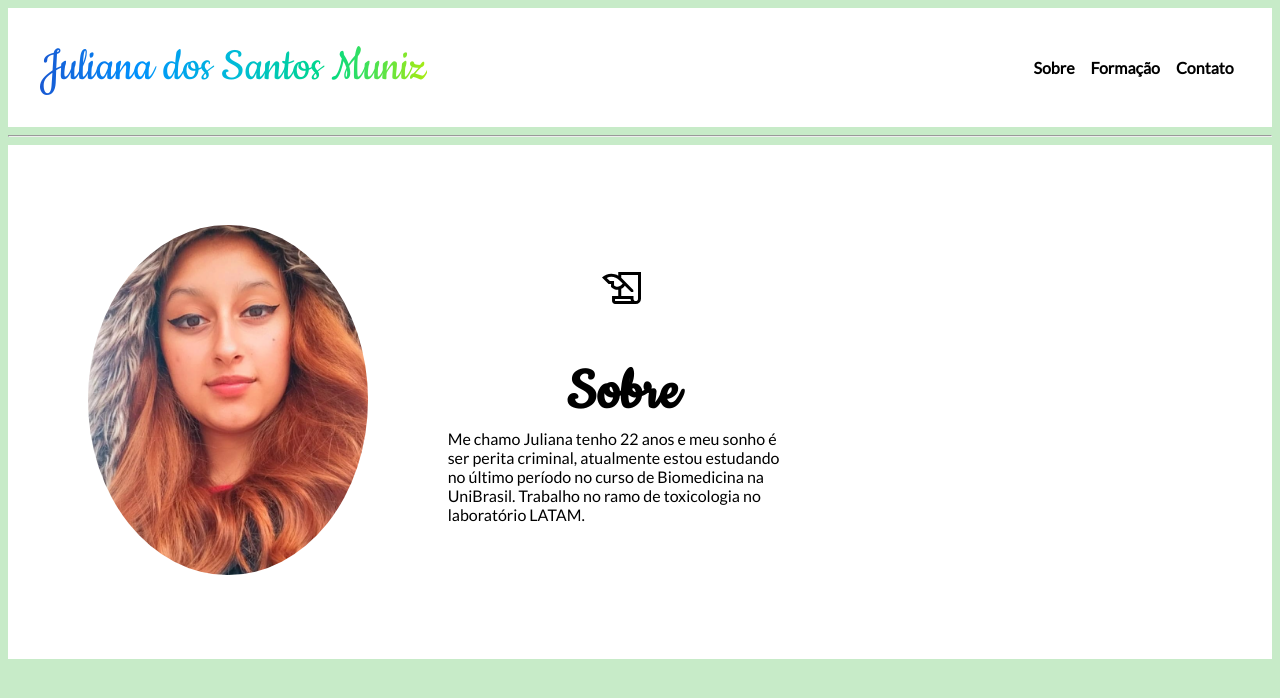
Repository: joaovnogueira/Portfolio-Juliana
Page: index.html
These files come from the project's save history. The page is drawn as it stood at one moment and after the next save; the edit follows.
The browser window is 1280 px wide. The pictures show the whole page.

Above is the page before, as saved 2022-06-14 16:17:29.

### index.html
<!DOCTYPE html>
<html lang="en">
<head>
    <link rel="stylesheet" href="styles.css">
    <meta charset="UTF-8">
    <meta http-equiv="X-UA-Compatible" content="IE=edge">
    <meta name="viewport" content="width=device-width, initial-scale=1.0">
    <title>Portfólio Juliana</title>
</head>
<body>
    <header>
        <nav>
            <div class="logo">Juliana dos Santos Muniz</div>
            <div class="menu">
                <a href="">Sobre</a>
                <a href="">Formação</a>
                <a href="">Contato</a>
            </div>
        </nav>
    </header>
    <hr>
    <main>
        <div class="perfil">
            <div class="foto">
                <img src="./assets/foto-perfil.png" alt="Foto de perfil" class="fotoperfil">
            </div>
            <div class="conteudo">
                <img src="./assets/sobre.svg" alt=""><h1>Sobre</h1>
                <p>Me chamo Juliana tenho 22 anos e meu sonho é ser perita criminal,
                atualmente estou estudando no último período no curso de Biomedicina na UniBrasil.
                Trabalho no ramo de toxicologia no laboratório LATAM.</p>
            </div>
        </div>
    </main>
    <footer></footer>
</body>
</html>

### styles.css
@import url('https://fonts.googleapis.com/css2?family=Cookie&display=swap');
@import url('https://fonts.googleapis.com/css2?family=Lato&display=swap');

body{
    background-color: #C7EBC8;
}

header {
    background-color: #FFFFFF;
    padding: 2rem;
    align-items: center;
}

nav{
    display: flex;
    justify-content: space-between;
    align-items: center;
}

.logo{
    font-family: 'Cookie', cursive;
    font-size: 50px;
    background-clip: text;
    -webkit-background-clip: text;
    background-image: linear-gradient(to right, #1859d3, #0091fc, #00bbd9, #00da84, #a8eb12);
    color: transparent;
}

.menu{
    font-family: 'Lato', sans-serif;
    font-weight: bold;
}

a{
    text-decoration: none;
    color: black;
    margin: .4rem;
}

hr{
    background-color: #FFFFFF;
}



.perfil {
    background-color: #FFFFFF;
    display: flex;
    padding: 5rem;
    align-items: center;
}

.foto{
    align-items: center;
    margin-right: 80px;
}

.conteudo{
    align-items: center;
    max-width: 350px;
    max-height: 100vh;
    text-align: center;
    vertical-align:middle;

}

h1{
    font-family: 'Cookie', cursive;
    font-weight: bold;
    font-size: 64px;
    vertical-align:middle;
    margin-bottom: 1px;
}

p{
    margin-top: 1px;
    font-family: 'Lato', sans-serif;
    text-align: left;
}

.fotoperfil{
    border-radius: 50%;
    max-width:750px;
    max-height:350px;
    width: auto;
    height: auto;
}

.icon{
    max-width: 40px;
    max-height:40px;
}

After the next save:
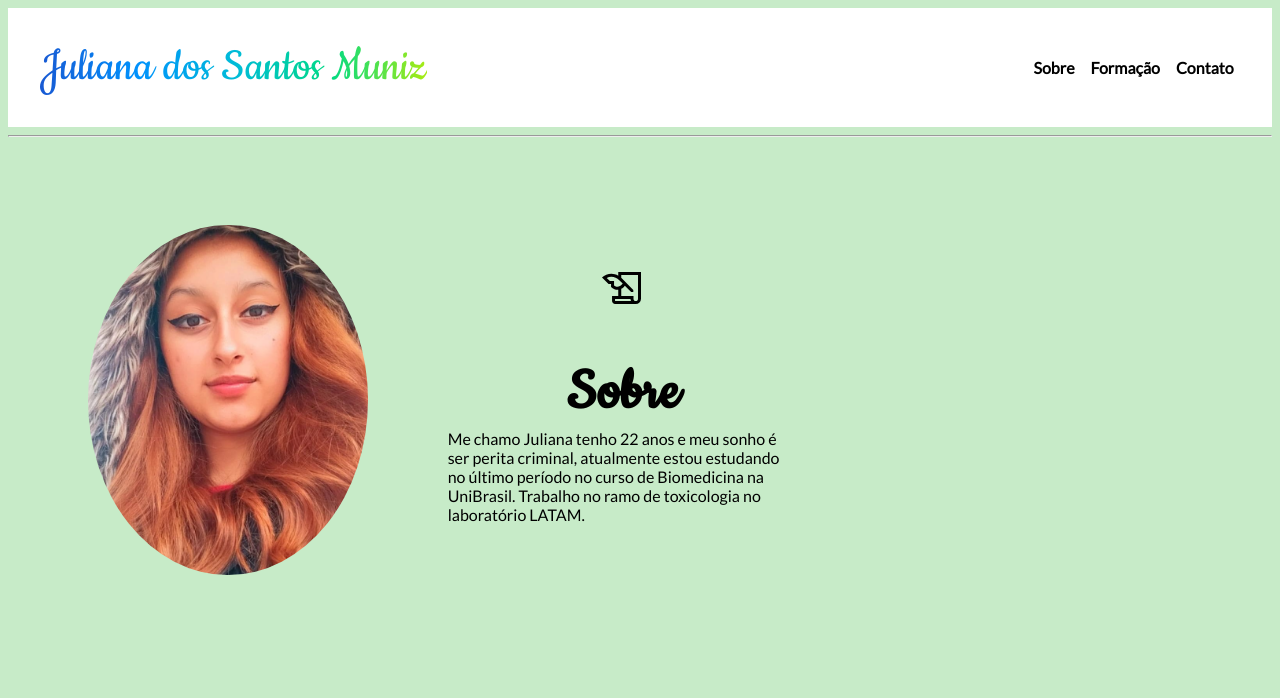
Saved 66 s later.
--- a/styles.css
+++ b/styles.css
@@ -44,7 +44,6 @@ hr{
 
 
 .perfil {
-    background-color: #FFFFFF;
     display: flex;
     padding: 5rem;
     align-items: center;
